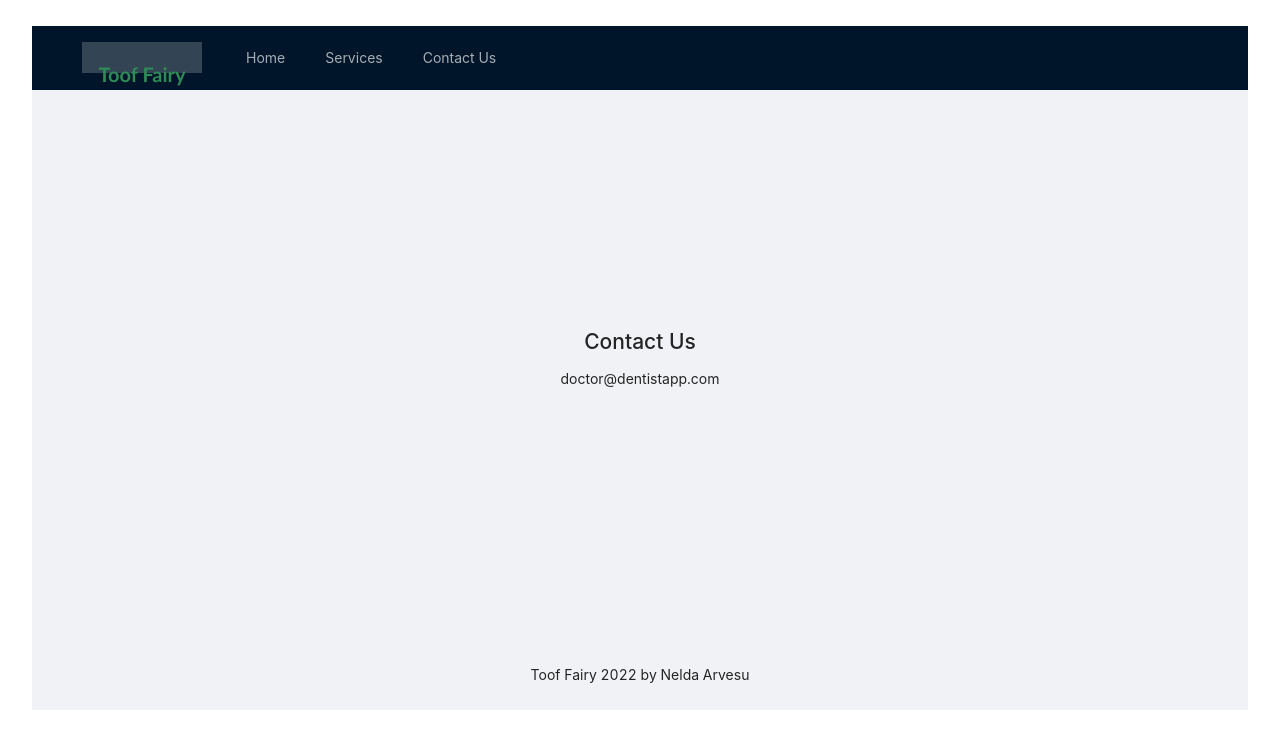
Repository: neldad1/dentist-app
Page: /contact
These files come from the project's save history. The page is drawn as it stood at one moment and after the next save; the edit follows.
The browser window is 1280 px wide. The pictures show the whole page.
The project was rebuilt for these pictures with package versions that can differ from the ones it lists, and the page was loaded fresh each time. Also part of the build but not shown: src/components/Home.jsx, src/components/Services/Cosmetic.jsx, src/components/Services/Resorative.jsx, src/components/Services/Preventative.jsx. Imported but missing from the stored project, and not drawn on this page: src/components/Services.

Above is the page before, as saved 2022-03-09 13:28:13.

### public/index.html
<!DOCTYPE html>
<html lang="en">
  <head>
    <meta charset="utf-8" />
    <link rel="svg" href="%PUBLIC_URL%/tf-logo.svg" />
    <meta name="viewport" content="width=device-width, initial-scale=1" />
    <meta name="theme-color" content="#000000" />
    <meta
      name="description"
      content="Web site created using create-react-app"
    />
    <link rel="apple-touch-icon" href="%PUBLIC_URL%/logo192.png" />
    <!--
      manifest.json provides metadata used when your web app is installed on a
      user's mobile device or desktop. See https://developers.google.com/web/fundamentals/web-app-manifest/
    -->
    <link rel="manifest" href="%PUBLIC_URL%/manifest.json" />
    <!--
      Notice the use of %PUBLIC_URL% in the tags above.
      It will be replaced with the URL of the `public` folder during the build.
      Only files inside the `public` folder can be referenced from the HTML.

      Unlike "/favicon.ico" or "favicon.ico", "%PUBLIC_URL%/favicon.ico" will
      work correctly both with client-side routing and a non-root public URL.
      Learn how to configure a non-root public URL by running `npm run build`.
    -->
    <title>Toof Fairy</title>
  </head>
  <body>
    <noscript>You need to enable JavaScript to run this app.</noscript>
    <div id="root"></div>
    <!--
      This HTML file is a template.
      If you open it directly in the browser, you will see an empty page.

      You can add webfonts, meta tags, or analytics to this file.
      The build step will place the bundled scripts into the <body> tag.

      To begin the development, run `npm start` or `yarn start`.
      To create a production bundle, use `npm run build` or `yarn build`.
    -->
  </body>
</html>

### src/App.js
import { BrowserRouter } from 'react-router-dom';
import './App.css';
import 'antd/dist/antd.min.css';
import Navigation from './components/Router/Navigation';
import AppRoutes from './components/Router/AppRoutes';
import { Layout } from 'antd';
import HeaderLogo from './components/HeaderLogo';
const { Header, Footer, Content } = Layout;

function App() {
  return (
    <Layout className="layout">
      <BrowserRouter>
        <Header>
          <HeaderLogo />
          <Navigation />
        </Header>
        <Content className="content">
          <AppRoutes />
        </Content>
      </BrowserRouter>
      <Footer>Toof Fairy 2022 by Nelda Arvesu</Footer>
    </Layout>
  );
}

export default App;

### src/App.css
.layout {
  margin: 2% auto;
  height: 95vh;
  width: 95vw;
  text-align: center;
  /* background-color: transparent; */
}

.navigation {
  background-color: inherit;;
}
.content, .home {
  display: flex;
  flex-direction: column;
  align-items: center;
  justify-content: center;
}

.logo {
  width: 120px;
  height: 31px;
  background: rgba(255, 255, 255, 0.2);
  margin: 16px 24px 16px 0;
  float: left;
  color: seagreen;
  font-family: 'Trebuchet MS', 'Lucida Sans Unicode', 'Lucida Grande', 'Lucida Sans', Arial, sans-serif;
  font-size: 20px;
  font-weight: bold;
}

.home {
  background-image: url('/public/the-humble-co-cADflhZzgyo-unsplash.jpg');
  background-size: cover;
  background-repeat: no-repeat;
  width: 100%;
  height: 100%;

}

### src/components/Router/Navigation.jsx
import { Link } from 'react-router-dom';
import { Menu } from 'antd';
const { SubMenu } = Menu;

const Navigation = () => {
  return (
    <Menu mode="horizontal" theme="dark">
      <Menu.Item key="home">
        <span>Home</span>
        <Link to="/" />
      </Menu.Item>
      <SubMenu key="subMenu" title="Services">
        <Menu.Item key="cosmetic">
          <span>Cosmetic</span>
          <Link to="/cosmetic" />
        </Menu.Item>
        <Menu.Item key="restore">
          <span>Restorative</span>
          <Link to="/restorative" />
        </Menu.Item>
        <Menu.Item key="prevent">
          <span>Preventative</span>
          <Link to="/preventative" />
        </Menu.Item>
      </SubMenu>
      <Menu.Item key="contact">
        <span>Contact Us</span>
        <Link to="/contact" />
      </Menu.Item>
    </Menu>
  );
};

export default Navigation;

### src/components/Router/AppRoutes.jsx
import { Route, Routes } from 'react-router-dom';
import Home from '../Home';
import Services from '../Services';
import Contact from '../Contact';
import Cosmetic from '../Services/Cosmetic';
import Restorative from '../Services/Resorative';
import Preventative from '../Services/Preventative';

const AppRoutes = () => {
  return (
    <Routes>
      <Route exact path="/" element={<Home />} />
      <Route path="/cosmetic" element={<Cosmetic />} />
      <Route path="/restorative" element={<Restorative />} />
      <Route path="/preventative" element={<Preventative />} />
      <Route path="/contact" element={<Contact />} />
    </Routes>
  );
};

export default AppRoutes;

### src/components/HeaderLogo.jsx
const HeaderLogo = () => {
  return <span className="logo">Toof Fairy</span>;
};

export default HeaderLogo;

### src/components/Contact.jsx
const Contact = () => {
  return (
    <div>
      <h1>Contact Us</h1>
      <p>doctor@dentistapp.com</p>
    </div>
  );
};

export default Contact;

Loaded but not shown: src/index.js (common file); src/index.css (common file); src/reportWebVitals.js (common file)

After the next save:
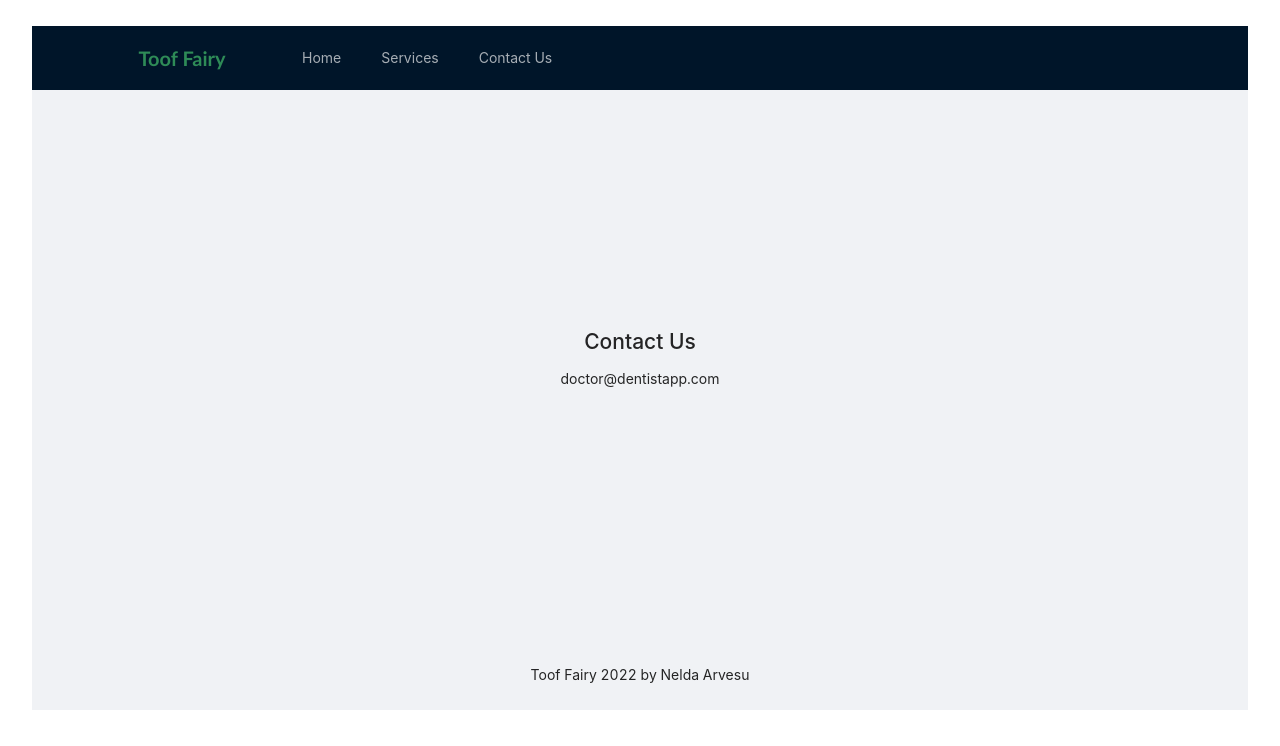
Saved 2 min 37 s later.
--- a/src/App.css
+++ b/src/App.css
@@ -17,10 +17,10 @@
 }
 
 .logo {
-  width: 120px;
-  height: 31px;
-  background: rgba(255, 255, 255, 0.2);
-  margin: 16px 24px 16px 0;
+  width: 200px;
+  height: 50px;
+  /*background: rgba(255, 255, 255, 0.2);
+  margin: 16px 24px 16px 0;*/
   float: left;
   color: seagreen;
   font-family: 'Trebuchet MS', 'Lucida Sans Unicode', 'Lucida Grande', 'Lucida Sans', Arial, sans-serif;
